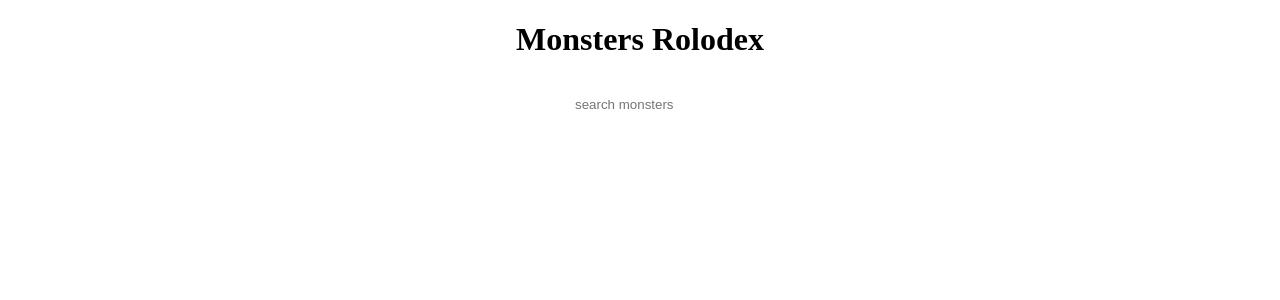
Repository: JiiXaa/monsters
Page: /
These files come from the project's save history. The page is drawn as it stood at one moment and after the next save; the edit follows.
The browser window is 1280 px wide. The pictures show the whole page.
The page's requests for data from a server got no answer. Some web fonts or font styles are not loaded; a fallback is used. The project was rebuilt for these pictures with package versions that can differ from the ones it lists, and the page was loaded fresh each time. No one was signed in, and anything a server would have sent is missing. Also part of the build but not shown: src/index.css, src/components/card/card.styles.css, src/components/card/card.component.jsx, src/components/card-list.styles.css.

Above is the page before, as saved 2020-01-16 17:44:10.

After the next save:
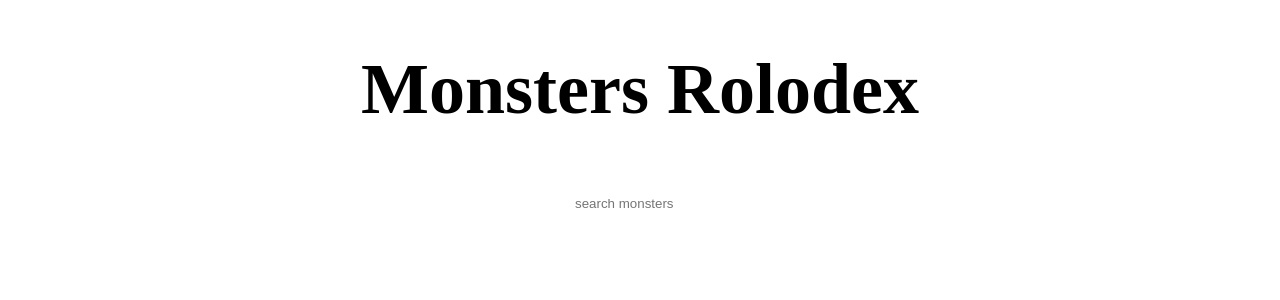
Saved 112 s later.
--- a/src/App.css
+++ b/src/App.css
@@ -4,4 +4,5 @@
 
 h1 {
   font-family: 'Bigelow Rules';
+  font-size: 72px;
 }
